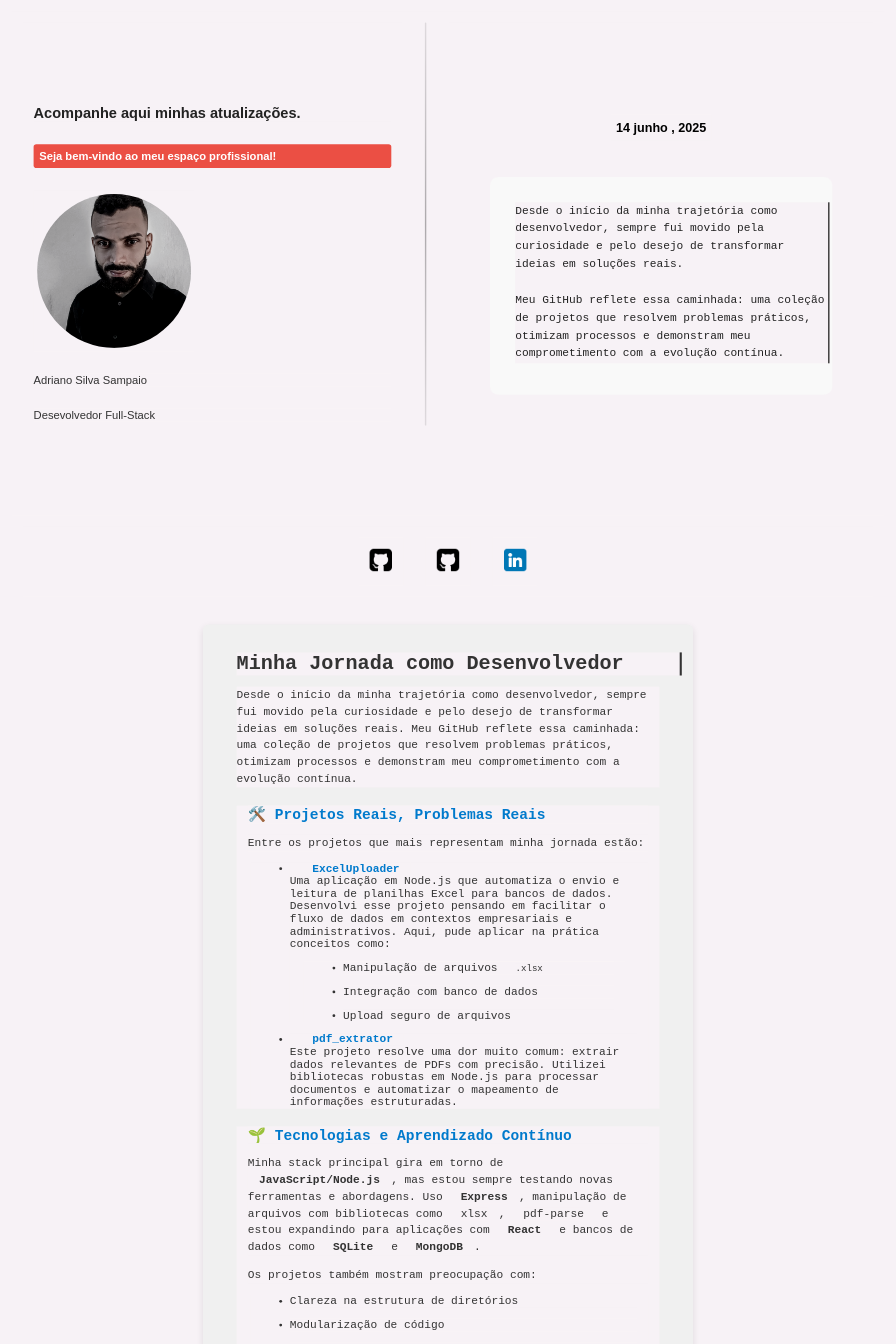
Repository: umdevadriano/portifolio2025
Page: /
The author's editor kept a copy of each file at every save. The page is drawn from the files as they stood at one save, then again after the next save.
The browser window is 1280 px wide. The pictures show the part of the page from y = 0 to 1920 px (the page is 2803 px tall), at 70% of full size.
The project was rebuilt for these pictures with package versions that can differ from the ones it lists, and the page was loaded fresh each time. Also part of the build but not shown: vite.config.ts.

Above is the page before, as saved 2025-06-22 20:43:12.

After the next save:
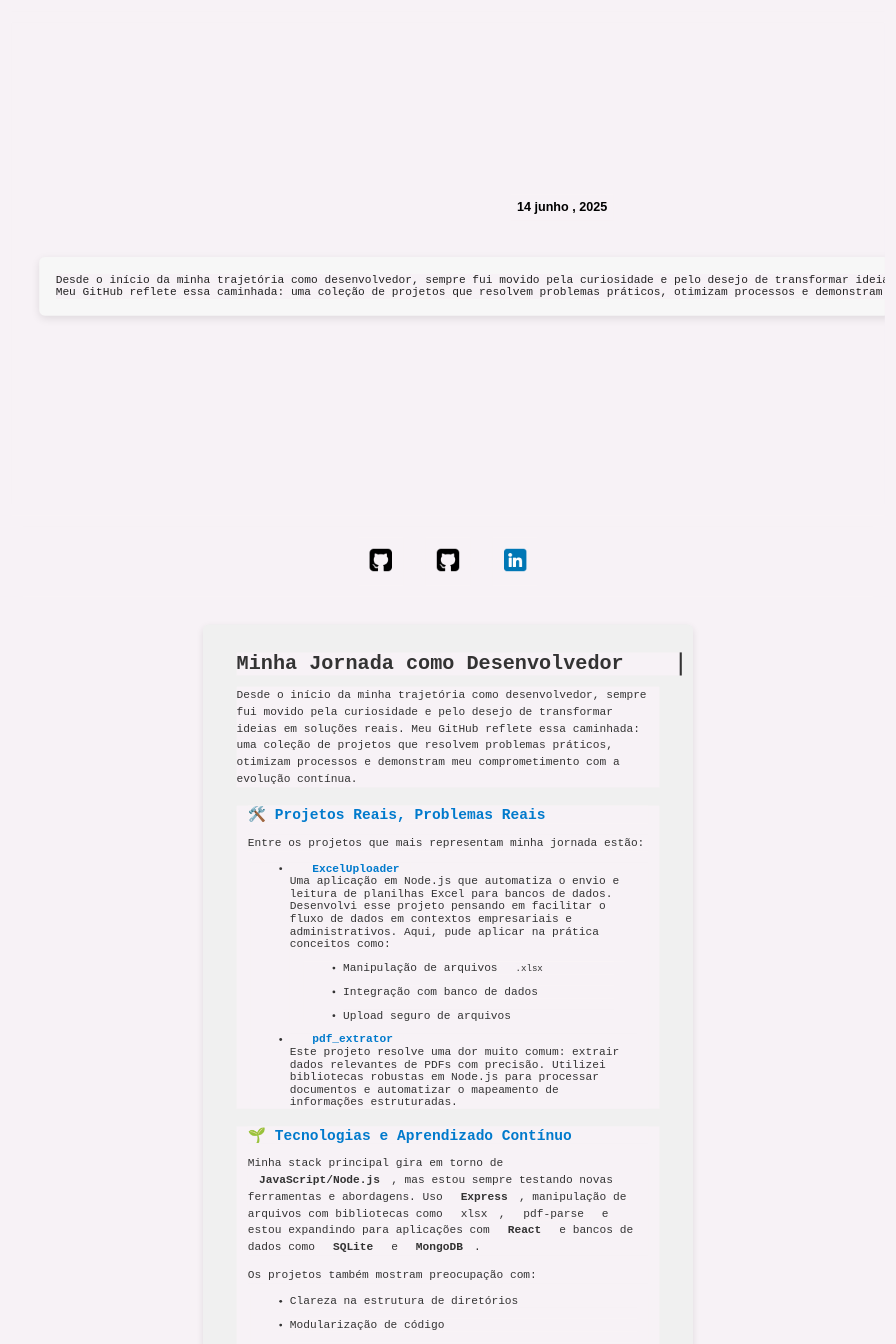
Saved 64 s later.
--- a/src/componentes/EmDesenvolvimentoWrapper/EmDesenvolvimentoWrapper .tsx
+++ b/src/componentes/EmDesenvolvimentoWrapper/EmDesenvolvimentoWrapper .tsx
@@ -1,5 +1,11 @@
+import React from 'react';
+import styled, { keyframes, css } from 'styled-components';
 
-import styled, { keyframes } from 'styled-components';
+const texto = `Desde o início da minha trajetória como desenvolvedor, sempre fui movido pela curiosidade e pelo desejo de transformar ideias em soluções reais.
+Meu GitHub reflete essa caminhada: uma coleção de projetos que resolvem problemas práticos, otimizam processos e demonstram meu comprometimento com a evolução contínua.`;
+
+// Divide o texto em linhas
+const linhas = texto.split('\n');
 
 const blink = keyframes`
   50% {
@@ -7,44 +13,54 @@ const blink = keyframes`
   }
 `;
 
-const createTypewriter = keyframes`
+const typewriter = (length: number) => keyframes`
   from {
     width: 0;
   }
   to {
-    width: 100%;
+    width: ${length}ch;
   }
 `;
 
-const Container = styled.div`
-  max-width: 90%;
-  margin: 40px auto;
-  padding: 20px;
-  background: #f9f9f9;
-  border-radius: 12px;
+const Linha = styled.p<{ delay: number; length: number; isLast: boolean }>`
   font-family: 'Courier New', Courier, monospace;
   font-size: 1rem;
-  line-height: 1.6;
+  white-space: nowrap;
+  overflow: hidden;
+  width: ${(props) => props.length}ch;
+  border-right: 2px solid #333;
   color: #222;
+  margin: 0;
+  animation:
+    ${(props) => typewriter(props.length)} 2s steps(${(props) => props.length}, end) ${(props) => props.delay}s forwards,
+    ${(props) =>
+      props.isLast
+        ? css`${blink} 0.75s step-end infinite`
+        : 'none'};
 `;
 
-const AnimatedText = styled.p`
-  display: inline-block;
-  border-right: 2px solid #333;
-  white-space: pre-wrap; /* permite múltiplas linhas */
-  overflow: hidden;
-  animation: ${createTypewriter} 6s steps(100, end) forwards,
-             ${blink} 0.75s step-end infinite;
+const Container = styled.div`
+  background: #f7f7f7;
+  padding: 24px;
+  margin: 40px auto;
+  border-radius: 8px;
+  max-width: 90%;
+  box-shadow: 0 4px 12px rgba(0,0,0,0.1);
 `;
-
-const texto = `Desde o início da minha trajetória como desenvolvedor, sempre fui movido pela curiosidade e pelo desejo de transformar ideias em soluções reais.
-
-Meu GitHub reflete essa caminhada: uma coleção de projetos que resolvem problemas práticos, otimizam processos e demonstram meu comprometimento com a evolução contínua.`;
 
 export default function EmDesenvolvimento() {
   return (
     <Container>
-      <AnimatedText>{texto}</AnimatedText>
+      {linhas.map((linha, index) => (
+        <Linha
+          key={index}
+          length={linha.trim().length}
+          delay={index * 2.2} // delay progressivo para cada linha
+          isLast={index === linhas.length - 1}
+        >
+          {linha.trim()}
+        </Linha>
+      ))}
     </Container>
   );
 }
